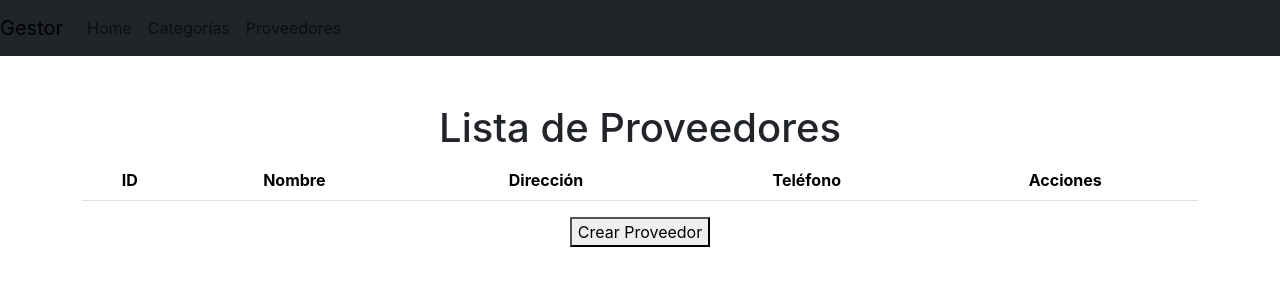
Repository: SantiagoGuaman/gestor-app
Page: /providers
An editor plug-in stored every save of this project. The page is shown before and after the next save, followed by the edit.
The browser window is 1280 px wide. The pictures show the whole page.
The page's requests for data from a server got no answer. The project was rebuilt for these pictures with package versions that can differ from the ones it lists, and the page was loaded fresh each time. No one was signed in, and anything a server would have sent is missing. Also part of the build but not shown: src/App.css, src/Categories/GetDataCategories.js, src/HomePage/HomePage.js.

Above is the page before, as saved 2024-02-15 09:30:40.

After the next save:
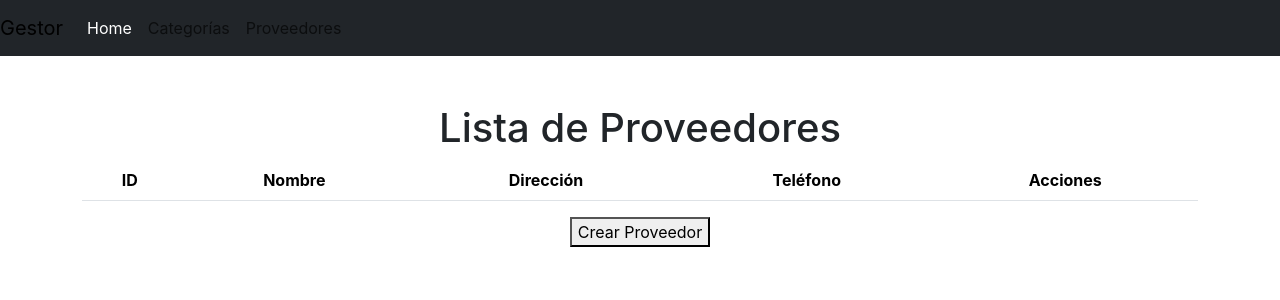
Saved 8 s later.
--- a/src/NavBar/NavBar.js
+++ b/src/NavBar/NavBar.js
@@ -11,7 +11,7 @@ function NavBar() {
             <div className="collapse navbar-collapse"  id="navbarNav">
                 <ul className="navbar-nav" >
                     <li className="nav-item active">
-                        <Link className="nav-link" to="/" st>Home</Link>
+                        <Link className="nav-link" to="/" style={{color: '#FFFFFF'}}>Home</Link>
                     </li>
                     <li className="nav-item">
                         <Link className="nav-link" to="/categories">Categorías</Link>
